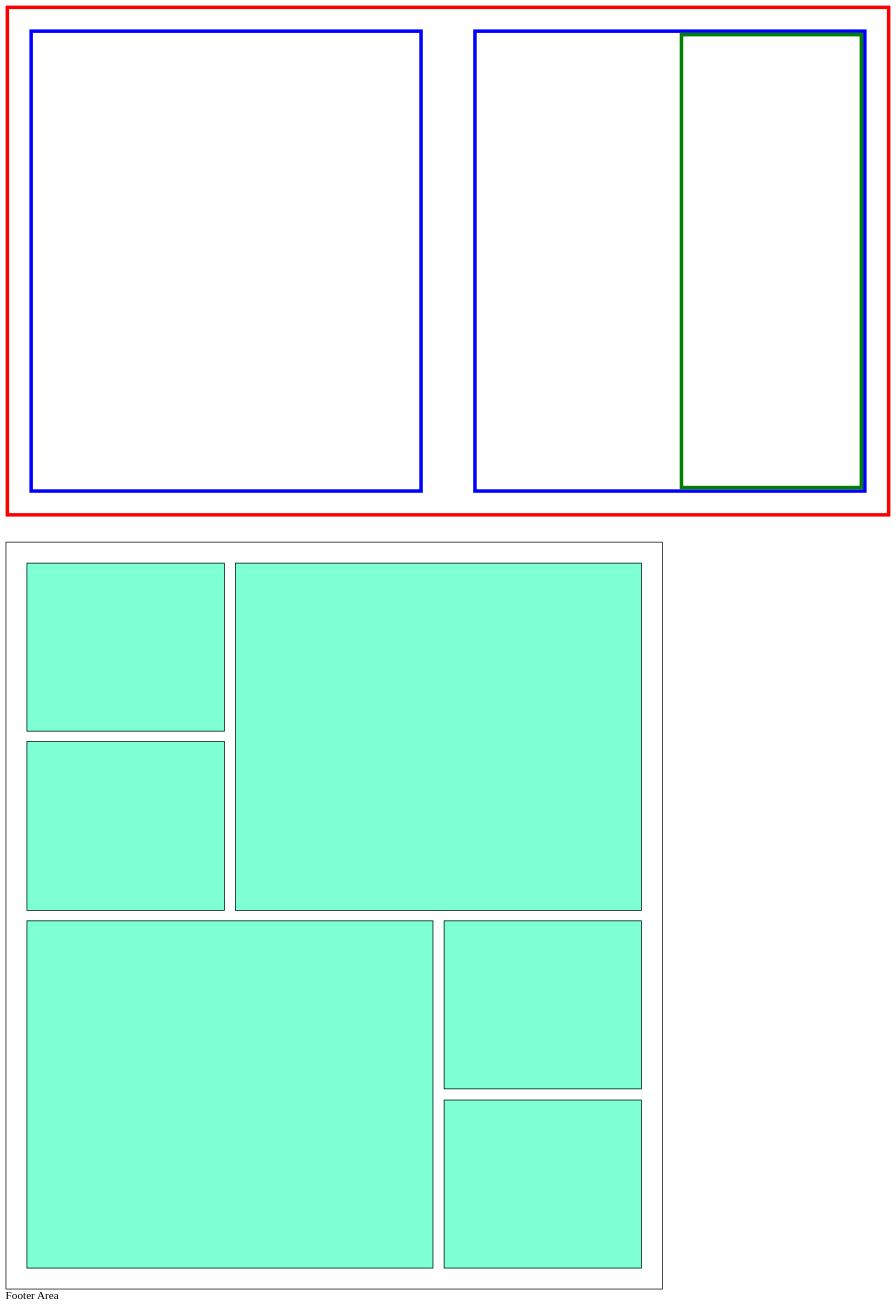
Repository: BwesewB/Brutalist-Website
Page: /
An editor plug-in stored every save of this project. The page is shown before and after the next save, followed by the edit.
The browser window is 1280 px wide. The pictures show the whole page, at 70% of full size.
The project was rebuilt for these pictures with package versions that can differ from the ones it lists, and the page was loaded fresh each time. The framework's server and built-in components were replaced by stand-ins that run in the browser. Also part of the build but not shown: next.config.mjs.

Above is the page before, as saved 2024-02-03 17:22:19.

After the next save:
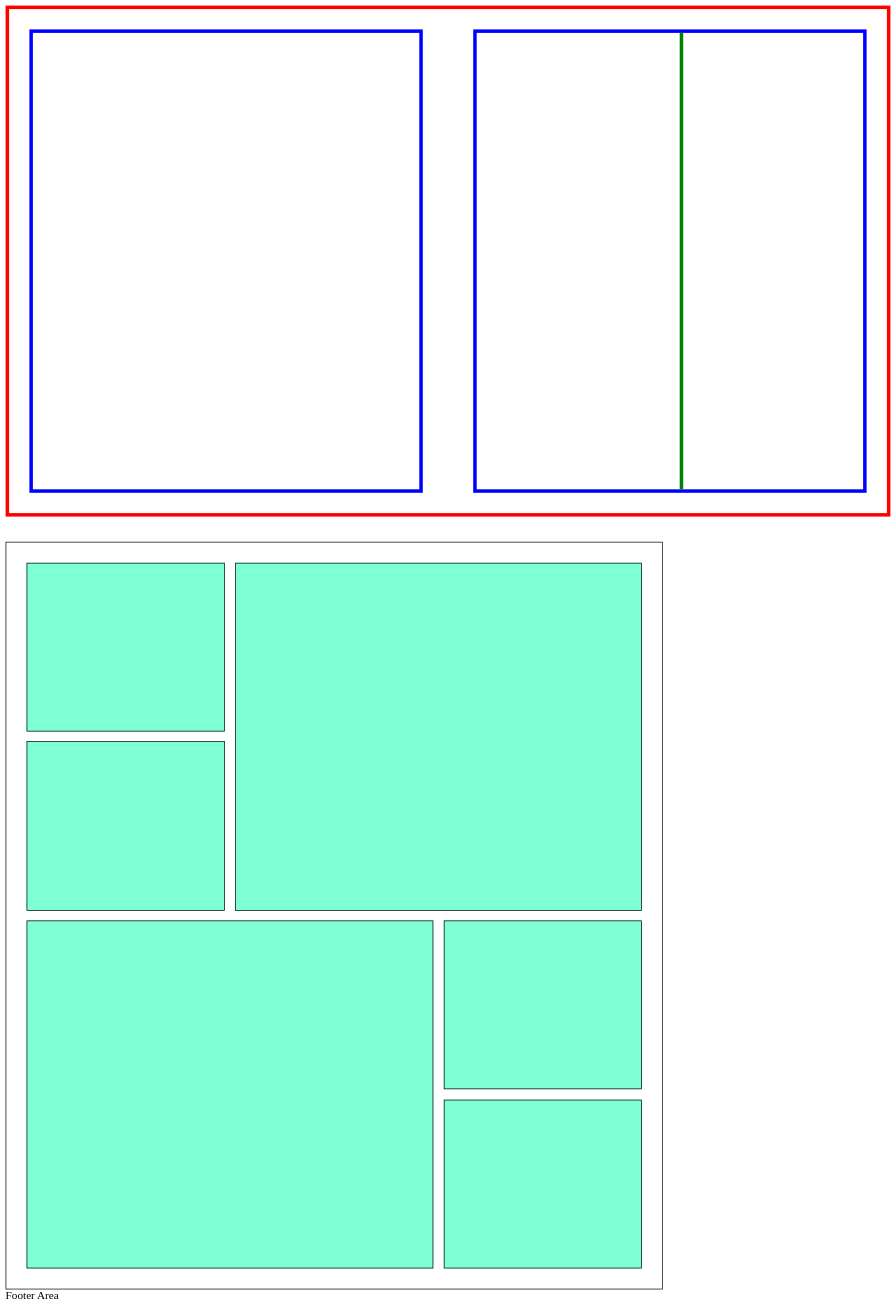
Saved 22 s later.
--- a/styles/Home.module.css
+++ b/styles/Home.module.css
@@ -46,7 +46,7 @@
 
 .inputArea{
   grid-column: 2/3;
-  border: 5px solid green;
+  border-left: 5px solid green;
 }
 
 /*---------------------------------------------------------------------------------------------------------*/
